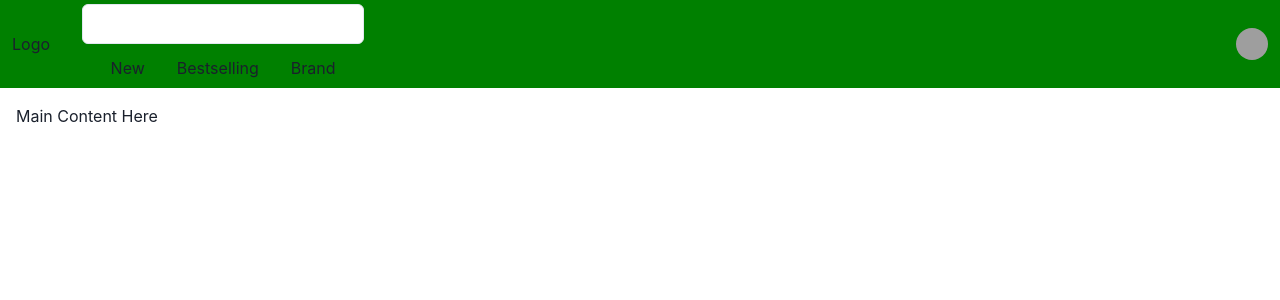
Repository: Vedprakas987/Shopee_cw24
Page: / (app in shopee_online/)
These files come from the project's save history. The page is drawn as it stood at one moment and after the next save; the edit follows.
The browser window is 1280 px wide. The pictures show the whole page.
Pictures or frames that could not be fetched are drawn as grey boxes. The project was rebuilt for these pictures with package versions that can differ from the ones it lists, and the page was loaded fresh each time.

Above is the page before, as saved 2022-12-15 21:18:10.

After the next save:
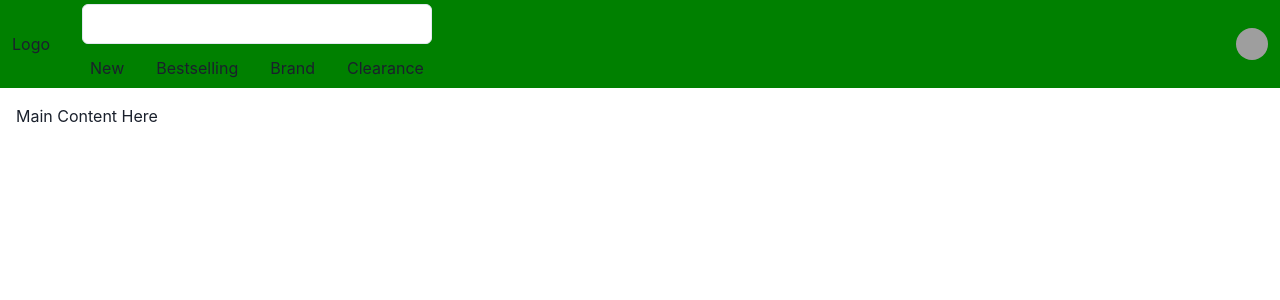
Saved 7 s later.
--- a/shopee_online/src/Routes/Navbar.jsx
+++ b/shopee_online/src/Routes/Navbar.jsx
@@ -19,7 +19,7 @@ import {
 } from '@chakra-ui/react';
 import { HamburgerIcon, CloseIcon } from '@chakra-ui/icons';
 
-const Links = ['New','Bestselling','Brand'];
+const Links = ['New','Bestselling','Brand','Clearance'];
 
 const NavLink = ({ children }) => (
   <Link
